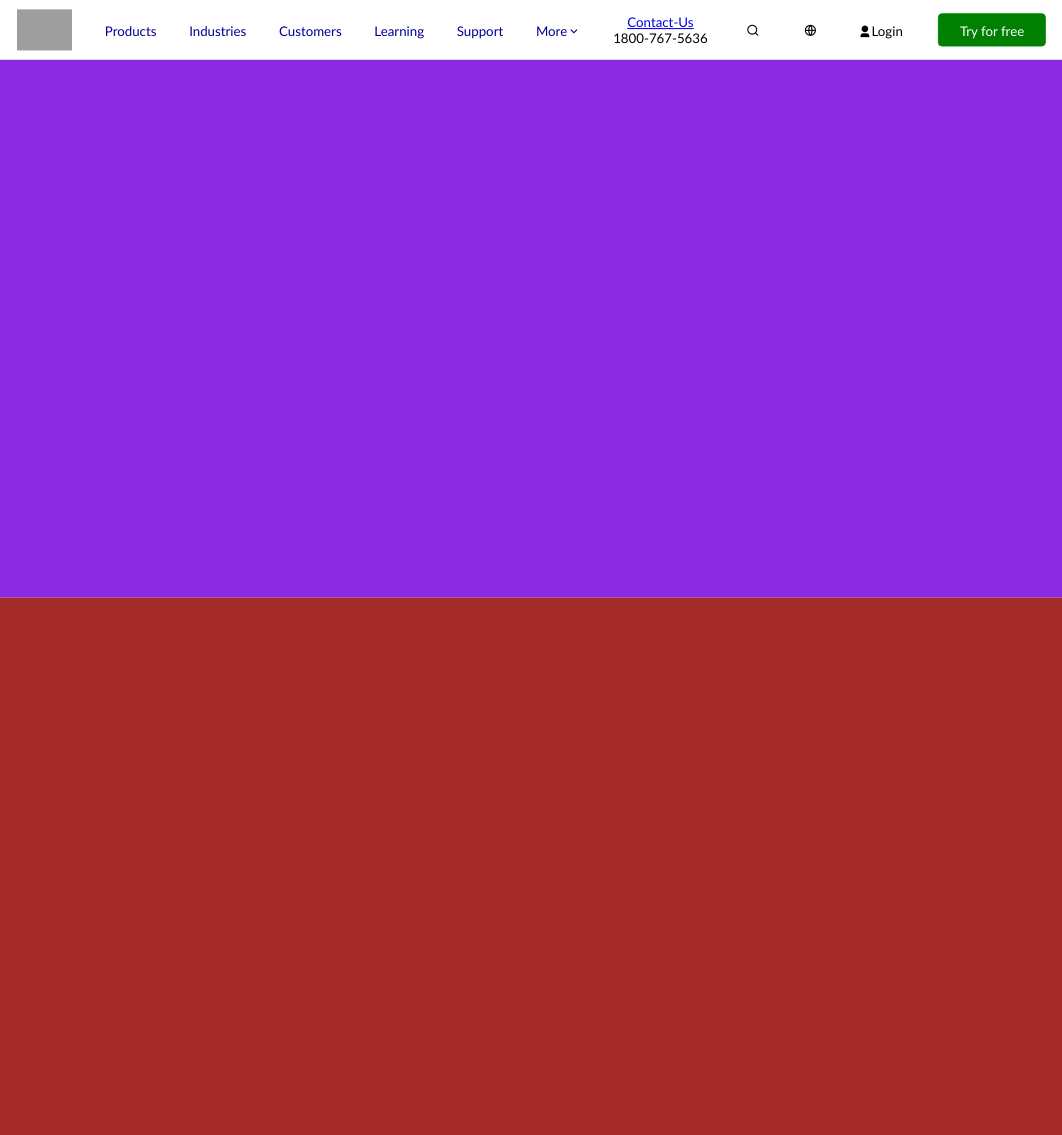
Repository: Chiranshukapil/html_css
Page: salesforce/index.html
The author's editor kept a copy of each file at every save. The page is drawn from the files as they stood at one save, then again after the next save.
The browser window is 1280 px wide. The pictures show the whole page, at 83% of full size.
Pictures or frames that could not be fetched are drawn as grey boxes.

Above is the page before, as saved 2024-06-10 00:12:29.

### salesforce/index.html
<!DOCTYPE html>
<html lang="en">
    <head>
        <meta charset="UTF-8">
        <meta name="viewport" content="width=device-width, initial-scale=1.0">
        <title>Salesforce</title>
        <link rel="stylesheet" href="style.css">
        <link href="https://cdn.jsdelivr.net/npm/remixicon@4.2.0/fonts/remixicon.css" rel="stylesheet" />
    </head>
    <body>
        <div id="main">
            <div id="header">
                <div id="logo">
                    <img src="https://a.sfdcstatic.com/shared/images/c360-nav/salesforce-with-type-logo.svg" >
                </div>
                <div class="texts"><p>Products</p></div>
                <div class="texts"><p>Industries</p></div>
                <div class="texts"><p>Customers</p></div>
                <div class="texts"><p>Learning</p></div>
                <div class="texts"><p>Support</p></div>
                <div class="texts">
                    <p>More</p>
                    <p><i class="ri-arrow-down-s-line"></i></p>
                </div>
                <div id="contact">
                    <a  href="https://www.google.com/"><u>Contact-Us</u></a>
                    <p>1800-767-5636</p>
                </div>
                <div id="icon1" class="icon"><i class="ri-search-line"></i></div>
                <div class="icon"><i class="ri-global-line"></i></div>
                <div id="login">
                    <p><i class="ri-user-3-fill"></i></p>
                    <p>Login</p>
                </div>
                <div id="try">Try for free</div>
            </div>
            <div id="fakeheader"></div>
            <div id="page1"></div>
            <div id="page2"></div>
        </div>
    </body>
</html>

### salesforce/style.css
*{
    margin: 0%;
    padding: 0%;
    box-sizing: border-box;
    font-family: 'Gill Sans MT';
}

html,body{
    height: 100%;
    width: 100%;

}

#main{
    height: 100%;
    width: 100%;

}

#header{
    height: 10%;
    width: 100%;
    position: fixed;
    display: flex;
    align-items: center;
    justify-content: space-around;
    background-color: ;
    /* font-size: large; */
}

#logo{
    height: 70%;
}

#logo img{
    width: 100%;
    height: 100%;
}

#contact{
    text-align: center;

}

.icon{
    width: 30px;
    height: 30px;
    display: flex;
    align-items: center;
    justify-content: center;
    /* border: 1px solid;
    border-radius: 50%; */
}

.icon:hover{
    border: 1px solid rgb(226, 255, 255);
    border-radius: 50%;
    background-color: rgb(226, 255, 255);
}

#login{
    height: 30px;
    width: 60px;
    display: flex;
    align-items: center;
    justify-content: center;
}

#login:hover{
    border: 1px solid rgb(226, 255, 255);
    background-color: rgb(226, 255, 255);
    border-radius: 20px;
}

#try{
    width: 130px;
    height: 40px ;
    color: white;
    display: flex;
    align-items: center;
    justify-content: center;
    background-color: green;
    border: 1px solid green;
    border-radius: 5px;
}

.texts{
    color: rgb(0, 0, 147);
    display: flex;
}

.texts:hover{
    color: rgb(113, 113, 243);
}

#fakeheader{
    height: 10%;
    width: 100%;
}

#page1{
    height: 90%;
    width: 100%;
    background-color: blueviolet;
}
#page2{
    height: 90%;
    width: 100%;
    background-color: brown;
}

After the next save:
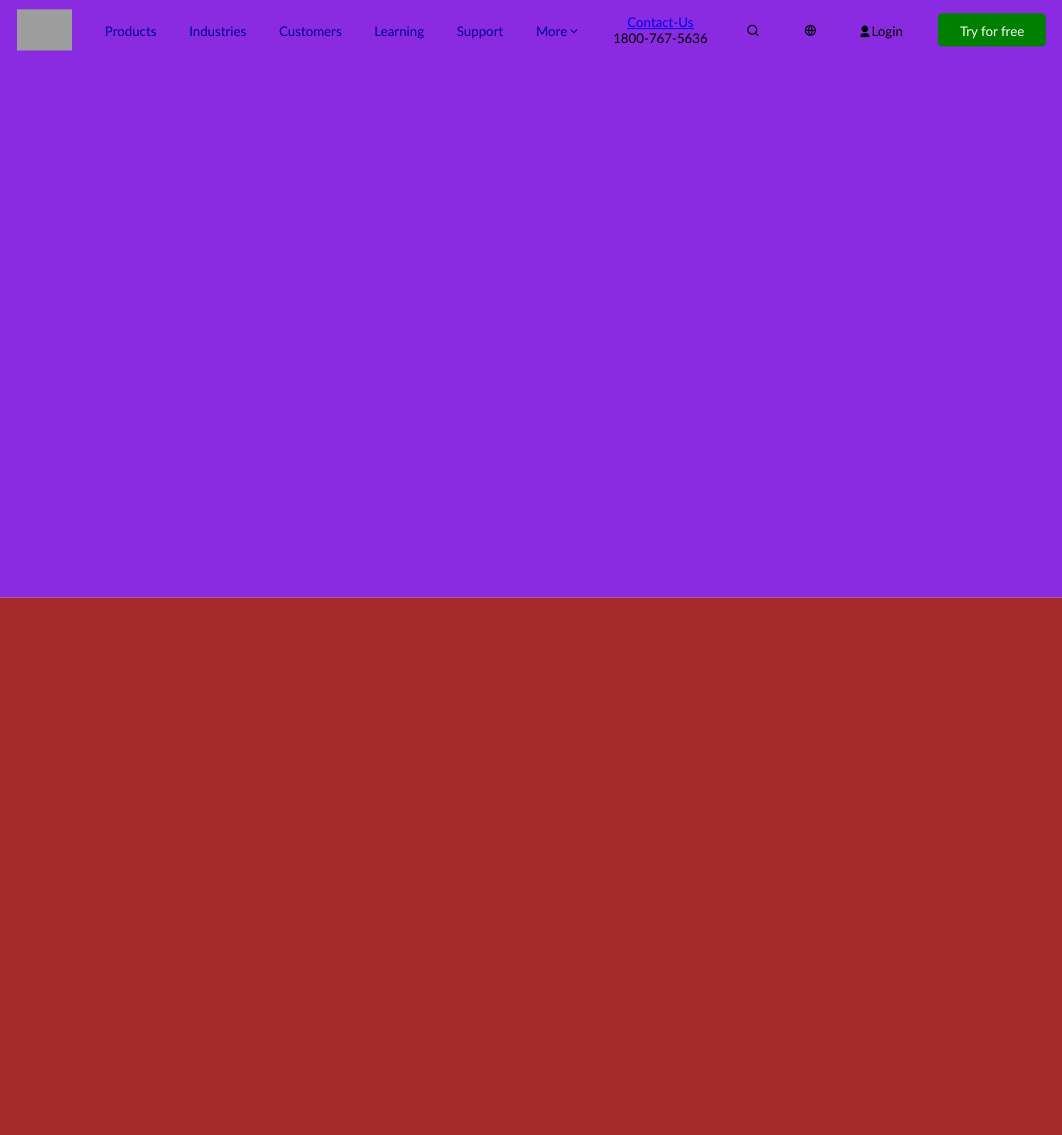
Saved 4 s later.
--- a/salesforce/style.css
+++ b/salesforce/style.css
@@ -24,7 +24,7 @@ html,body{
     display: flex;
     align-items: center;
     justify-content: space-around;
-    background-color: ;
+    background-color: blueviolet;
     /* font-size: large; */
 }
 
